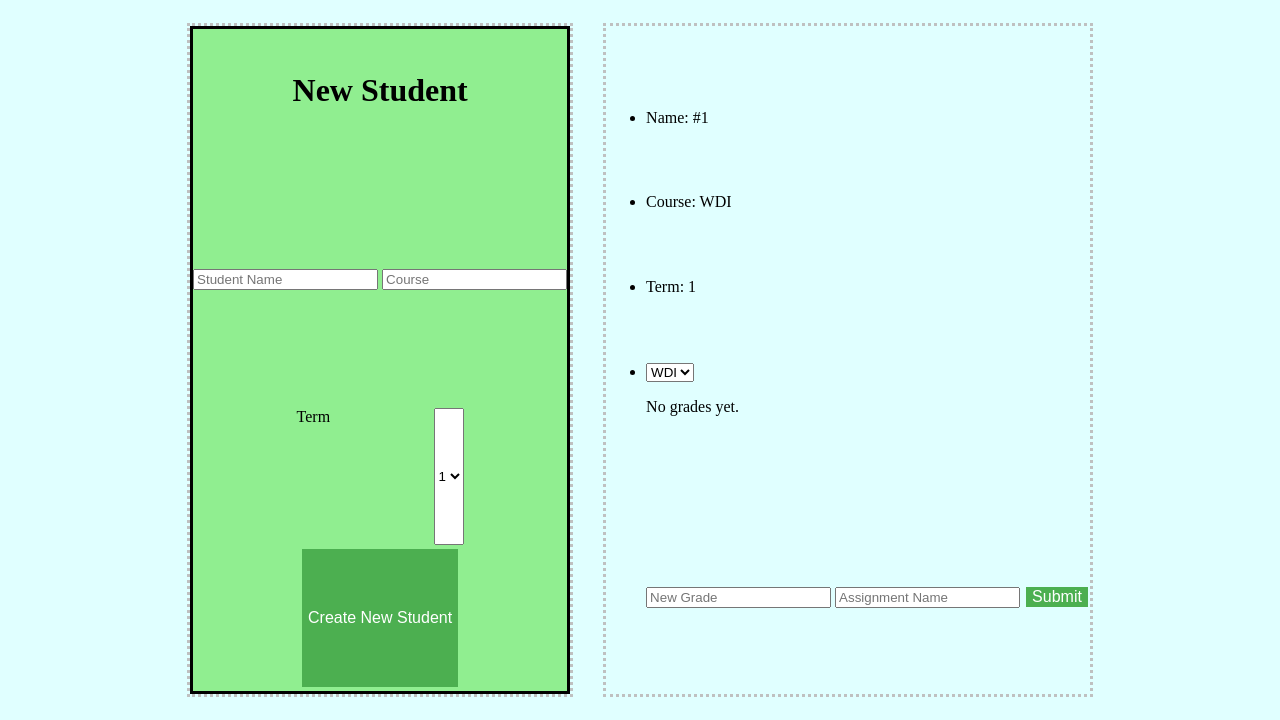
Repository: EdmontDantes/graderaide-fullstack-solution
Page: index.html
These files come from the project's save history. The page is drawn as it stood at one moment and after the next save; the edit follows.
The browser window is 1280 px wide. The pictures show the whole page.

Above is the page before, as saved 2020-04-22 14:04:36.

### index.html
<html lang="en">
  <head>
    <title>Graderaide</title>
    <meta charset="UTF-8">
    <meta name="viewport" content="width=device-width, initial-scale=1">
    <link rel="stylesheet" type="text/css" href="style-index.css">
  </head>

  <body>
    <section class="app">
      <section class="student-display" id="create-new-student-tile">

      <section class="new-student-input">
        <h1 id="text-h1-creation-section">New Student</h1>

        <div id="new-student-input-boxes">
          <input type="text" class="new-student-name" name="new-student-name" placeholder="Student Name">
          <input type="text" class="new-student-course" name="new-student-course" placeholder="Course">
        </div>

        <div id="new-student-input-options"
          <label for="new-student-term">Term</label>
          <select class="new-student-term" name="new-student-term">
            <option value="1">1</option>
            <option value="2">2</option>
            <option value="3">3</option>
          </select>
        </div>
        <section class="new-student-submit">
          <button type="submit" class="new-student-button">Create New Student</button>
        </section>
      </section>
    </section>

      <section class="student-display " id="student-1">
        <ul class="student-info">
          <li>Name: #1</li>
          <li>Course: WDI</li>
          <li>Term: 1</li>
          <li>
            <select class="course-selection">
              <option value="wdi">WDI</option>
            </select>
            <p>No grades yet.</p>
          </li>

          <br>
          <div id="data-grades-input student-1">
            <!-- <section>
              <input type="text" name="new-course" class="new-course" placeholder="New Course">
              <button type="submit" class="submit-new-course">Submit</button>
            </section>
            <section>
              <input type="text" name="new-term" class="new-term" placeholder="New Term For Course">
              <button type="submit" class="submit-new-term">Submit</button>
            </section> -->
            <section>
              <input type="text" name="new-grade" class="new-grade" placeholder="New Grade">
              <input type="text" name="new-grade-assignment" class="new-grade-assignment" placeholder="Assignment Name">
              <button type="submit" class="submit-new-grade-assignment">Submit</button>
            </section>
          </div>
        </ul>
      </section>
      </section>
    </section>
  </body>
  <script src="main.js"></script>
</html>

### style-index.css
body {
    background-color: lightcyan;
    display: flex;
    flex-wrap: wrap;
    justify-content: center;
}

.app {
    display: flex;
    flex-direction: row;
    flex-wrap: wrap;
    justify-content: space-around;
}

#text-h1-creation-section {
    display: flex;
    flex-wrap: wrap;
    justify-content: center;
    font-size: 2em;
}

#new-student-input-options {
    display: flex;
    flex-wrap: wrap;
    flex-direction: row;
    justify-content: space-evenly;
}

.new-student-submit {
    display: flex;
    flex-wrap: wrap;
    justify-content: center;
}

.new-student-input {
    display: grid;

    background-color: lightgreen;
    border: 3px solid black;

}
button {
    background-color: #4CAF50;
    border: none;
    color: white;
    text-align: center;
    text-decoration: none;
    display: inline-block;
    font-size: 16px;
    margin: 4px 2px;
    cursor: pointer;
}

.student-display {
    display: flex;
    justify-content: space-around;
    border: 3px dotted #BFC0C0;
    margin: 15px;
}

.student-info {
    display: flex;
    flex-direction: column;
    justify-content: space-evenly;
}

a {
    background-color: white;
    color: black;
    border: 5px solid #4CAF50;
    padding: 10px 20px;
    text-align: center;
    text-decoration: none;
    display: inline-block;
    font-size: 16px;
    margin-left: 20px;
}

### main.js
/******************
 * YOUR CODE HERE *
 ******************/

const Grade = (assignment, score) => {
    return {
        assignment,
        score,
    }
}

const Term = () => {
    return {
    grades: [],

    addGrade: function(assignment, score) {
        const grade = Grade(assignment, score);
        this.grades.push(grade);
    },
    }
}

const Course = (name) => {
    return {
    name,
    terms: [Term()],

    addTerm: function() {
        const term = Term();
        this.terms.push(term);
    }
    }
}

const Student = (name, course, term = 1) => {
    return {
    name,
    course,
    term,
    courses: [Course(course)],

    addCourse: function(course) {
        this.courses.push(Course(course));
        this.course = course;
    },

    getAverage: function(courseToFind = this.course, termIndex = this.term - 1) {
        let foundCourse;
        for (const course of this.courses) {
        if (course.name === courseToFind) {
            foundCourse = course;
        }
        }

        const grades = foundCourse.terms[termIndex].grades;
        if (grades.length === 0) {
        return 'No grades yet.'
        }

        let sum = 0;
        for (const grade of grades) {
        sum += grade.score;
        }

        return sum / grades.length;
    },
    }
}

// const createNewStudentTileQuery = document.querySelector('#create-new-student-tile');
const newStudentNameQuery = document.querySelector('.new-student-name');
const newStudentCourseNameQuery = document.querySelector('.new-student-course');
const newStudentTermNumOptionQuery = document.querySelector('.new-student-term');
const btnNewStudentSubmitQuery = document.querySelector('.new-student-button');

const newStudentTile = function() {

    name = newStudentNameQuery.value;
    course = newStudentCourseNameQuery.value;
    termNum = newStudentTermNumOptionQuery.value;

    let newStudent = Student(name, course, termNum);
    console.log(newStudent);
    const studentDisplay = document.createElement('div');
    studentDisplay.className = 'student-display';
    let numId = document.querySelectorAll('.student-display')

    studentDisplay.id = `student-${numId.length}`;
    const studentInfo = document.createElement('ul');
    const nameItem = document.createElement('li');
    const courseItem = document.createElement('li');
    const termItem  = document.createElement('li');

    nameItem.innerText = `Name: ${newStudent.name}`;
    courseItem.innerText = `Course: ${newStudent.course}`;
    termItem.innerText = `Term: ${newStudent.term}`;


    studentInfo.classList.add('student-info');
    studentInfo.appendChild(nameItem);
    studentInfo.appendChild(courseItem);
    studentInfo.appendChild(termItem);
    // someParentElement.appendChild(studentInfo);
    studentDisplay.append(studentInfo);
    document.querySelector('.app').append(studentDisplay)
}

btnNewStudentSubmitQuery.addEventListener('click', newStudentTile);

After the next save:
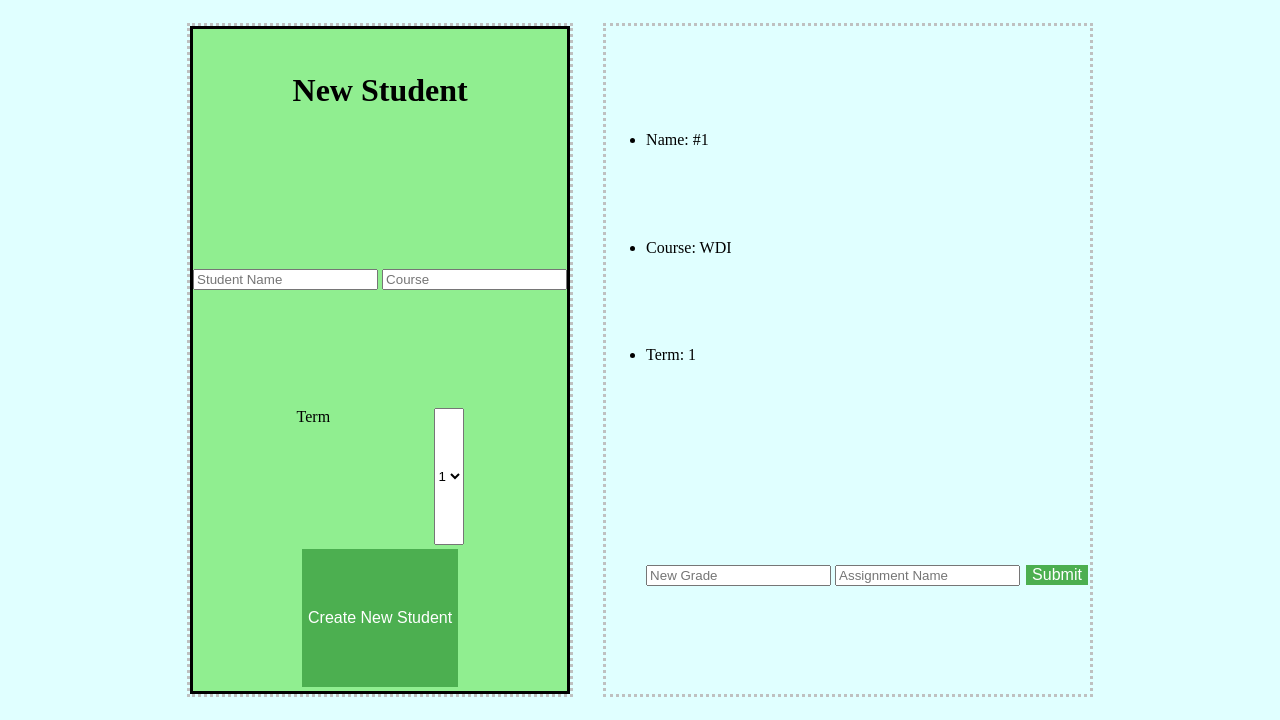
Saved 31 s later.
--- a/index.html
+++ b/index.html
@@ -37,12 +37,12 @@
           <li>Name: #1</li>
           <li>Course: WDI</li>
           <li>Term: 1</li>
-          <li>
+          <!-- <li>
             <select class="course-selection">
               <option value="wdi">WDI</option>
             </select>
             <p>No grades yet.</p>
-          </li>
+          </li> -->
 
           <br>
           <div id="data-grades-input student-1">
